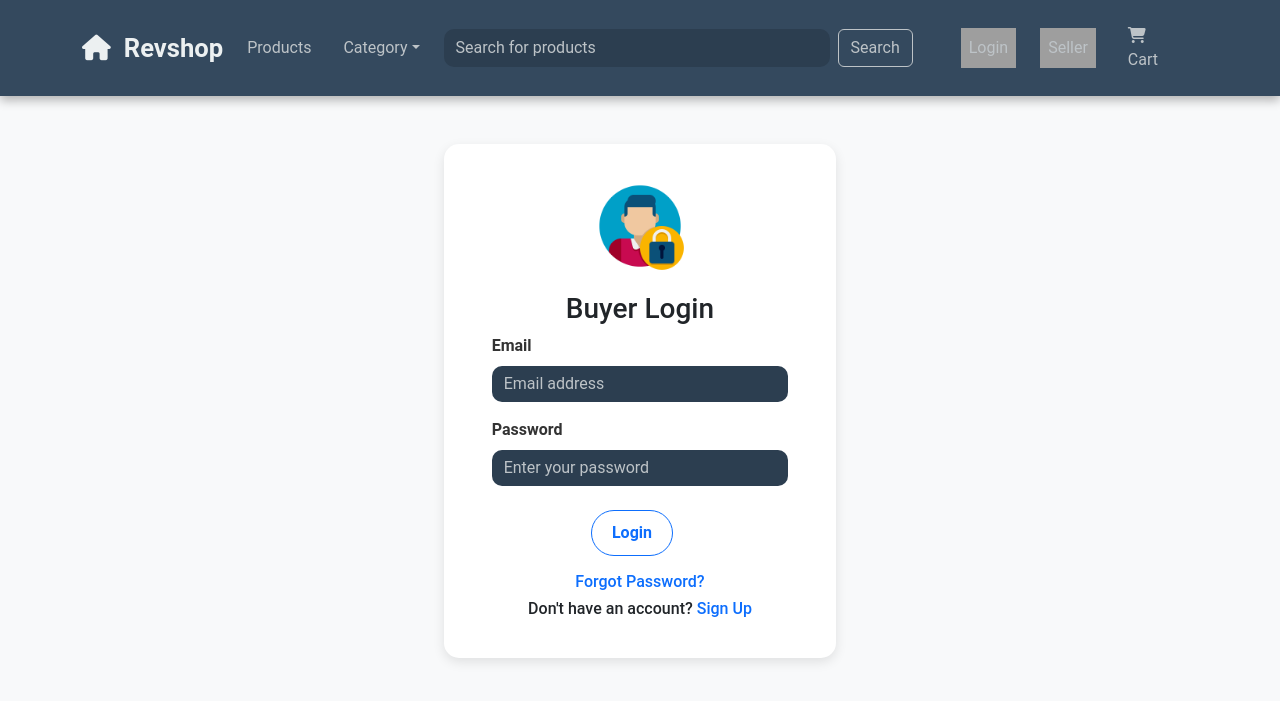
Repository: pratikp99/E-Commerce-Webapp-
Page: http://localhost/Revshop_WebApp/login.jsp
The author's editor kept a copy of each file at every save. The page is drawn from the files as they stood at one save, then again after the next save.
The browser window is 1280 px wide. The pictures show the whole page.
Pictures or frames that could not be fetched are drawn as grey boxes. The page is served by Tomcat 10. Queries for data that is not in the repository find no rows.

Above is the page before, as saved 2024-08-31 15:45:10.

After the next save:
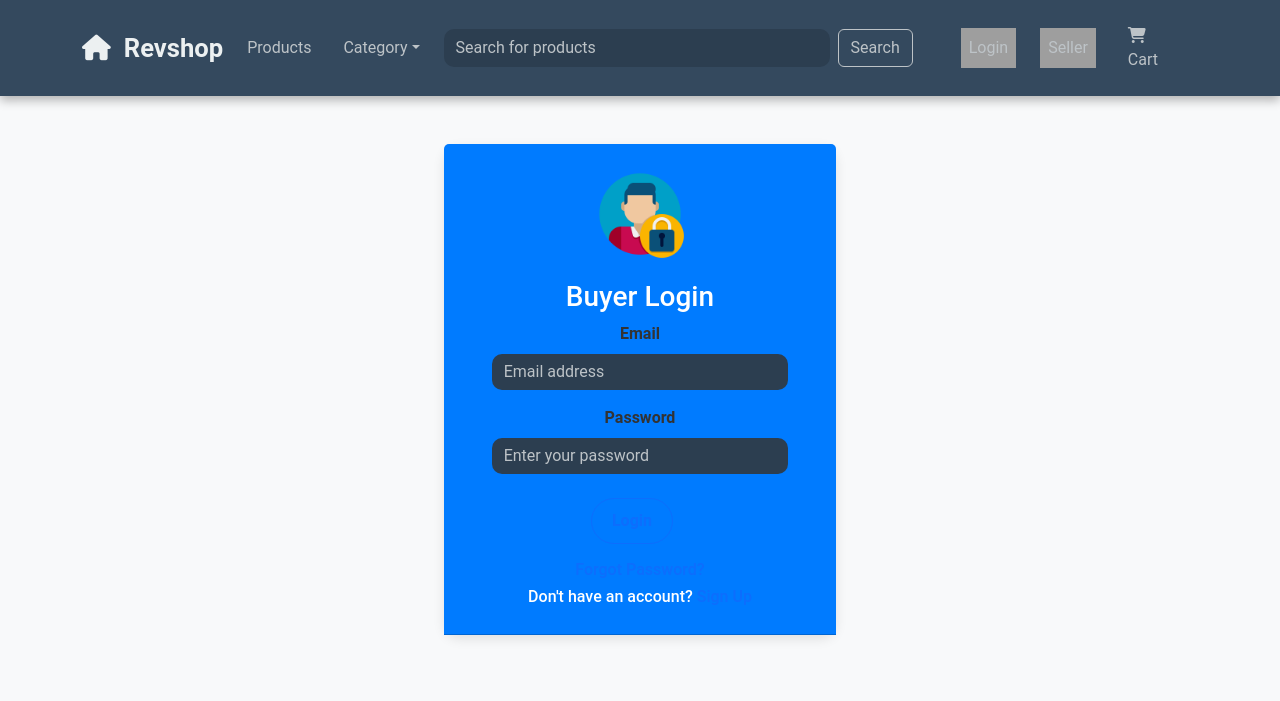
Saved 2 h 21 min later.
--- a/Revshop WebApp/src/main/webapp/login.jsp
+++ b/Revshop WebApp/src/main/webapp/login.jsp
@@ -18,7 +18,7 @@
         <div class="row mt-5">
             <div class="col-md-4 offset-md-4">
                 <div class="card">
-                    <div class="card-body px-5">
+                    <div class="card-header px-5 text-center">
                         <div class="container text-center">
                             <img src="Images/login.png" style="max-width: 100px;" class="img-fluid">
                         </div>
